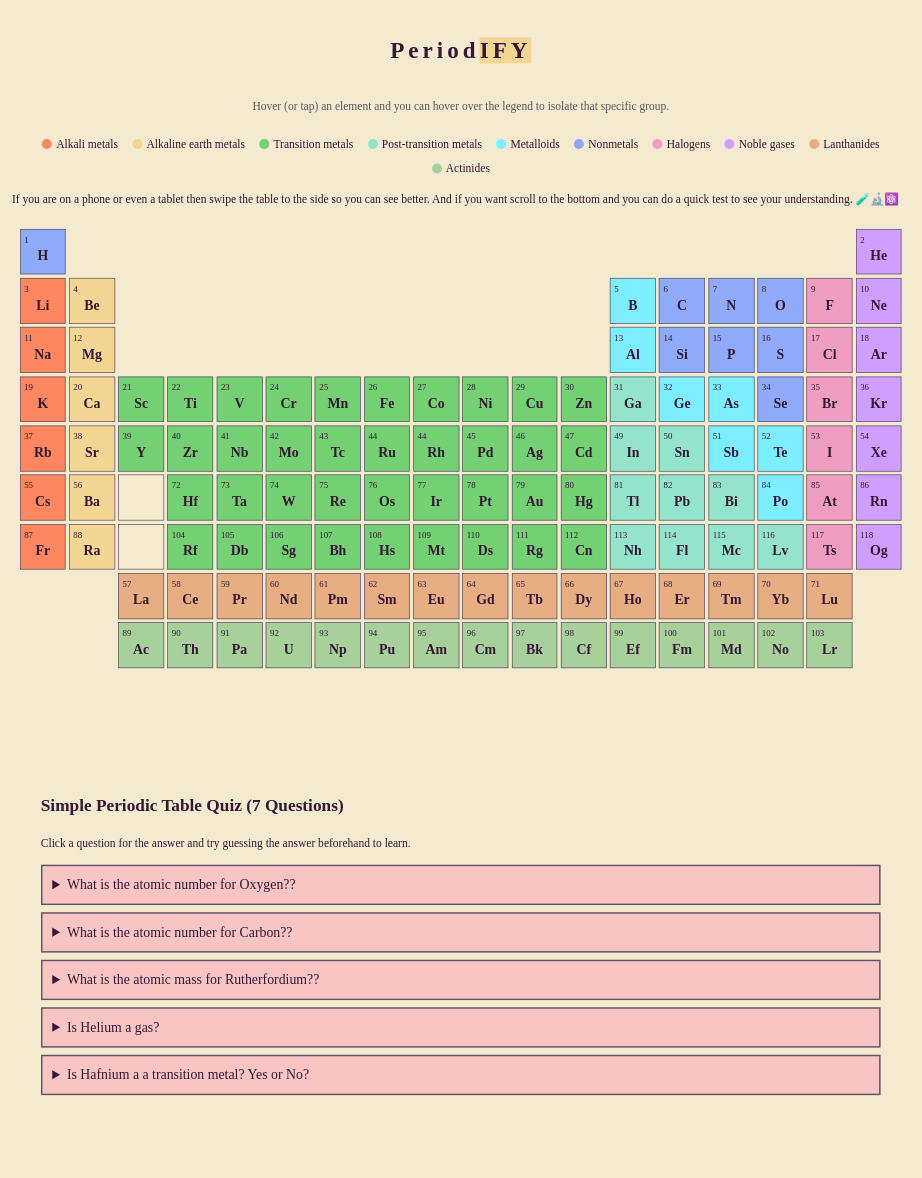
Repository: manayparikh1/Periodify
Page: index.html
The author's editor kept a copy of each file at every save. The page is drawn from the files as they stood at one save, then again after the next save.
The browser window is 1280 px wide. The pictures show the whole page, at 72% of full size.

Above is the page before, as saved 2026-10-19 20:15:36.

### index.html
<!DOCTYPE html>
<html lang="en">

<head>
    <meta charset="UTF-8">
    <meta name="viewport" content="width=device-width, initial-scale=1.0">
    <title>Periodify</title>
</head>

<body>
    <!-- === HTML STARTS here===-->
    <header>
        <h1>Period<span>IFY</span></h1>
        <p>Hover (or tap) an element and you can hover over the legend to isolate that specific group.</p>
    </header>
    <!-- === Legend === -->
    <ul class="legend">
        <li class="k-ak" style="--c: var(--ak);">Alkali metals</li>
        <li class="k-ae" style="--c: var(--ae);">Alkaline earth metals</li>
        <li class="k-tm" style="--c: var(--tm);">Transition metals</li>
        <li class="k-pt" style="--c: var(--pt);">Post-transition metals</li>
        <li class="k-md" style="--c: var(--md);">Metalloids</li>
        <li class="k-nm" style="--c: var(--nm);">Nonmetals</li>
        <li class="k-hg" style="--c: var(--hg);">Halogens</li>
        <li class="k-hl" style="--c: var(--hl);">Noble gases</li>
        <li class="k-la" style="--c: var(--la);">Lanthanides</li>
        <li class="k-ac" style="--c: var(--ac);">Actinides</li>
    </ul>
    <p class="hint">If you are on a phone or even a tablet then swipe the table to the side so you can see better. And
        if you want scroll to the bottom and you can do a quick test to see your understanding. 🧪🔬⚛️</p>
    <div class="scroll">
        <div class="table">


            <!-- The first period -->
            <div class="el nm" tabindex="0"><i>1</i><b>H</b><span>Hydrogen<br>Atomic mass = 1.008</span></div>
            <div class="gap" style="--n:16"></div>
            <!-- Gives a 16 element gap because hydron and helium are not in the same column -->
            <div class="el ng" tabindex="0"><i>2</i><b>He</b><span>Helium<br>Atomic mass = 4.003</span></div>
            <!-- The second period -->
            <div class="el ak" tabindex="0"><i>3</i><b>Li</b><span>Lithium<br>Atomic mass = 6.94</span></div>
            <div class="el ae" tabindex="0"><i>4</i><b>Be</b><span>Beryllium<br>Atomic mass = 9.012</span></div>
            <div class="gap" style="--n:10"></div>
            <div class="el md" tabindex="0"><i>5</i><b>B</b><span>Boron<br>Atomic mass = 10.81</span></div>
            <div class="el nm" tabindex="0"><i>6</i><b>C</b><span>Carbon<br>Atomic mass = 12.01</span></div>
            <div class="el nm" tabindex="0"><i>7</i><b>N</b><span>Nitrogen<br>Atomic mass = 14.01</span></div>
            <div class="el nm" tabindex="0"><i>8</i><b>O</b><span>Oxygen<br>Atomic mass = 16.00</span></div>
            <div class="el hg" tabindex="0"><i>9</i><b>F</b><span>Fluorine<br>Atomic mass = 19.00</span></div>
            <div class="el ng" tabindex="0"><i>10</i><b>Ne</b><span>Neon<br>Atomic mass = 20.18</span></div>
            <!-- The third period -->
            <div class="el ak" tabindex="0"><i>11</i><b>Na</b><span>Sodium<br>Atomic mass = 22.99</span></div>
            <div class="el ae" tabindex="0"><i>12</i><b>Mg</b><span>Magnesium<br>Atomic mass = 24.31</span></div>
            <div class="gap" style="--n:10"></div>
            <div class="el md" tabindex="0"><i>13</i><b>Al</b><span>Aluminum<br>Atomic mass = 26.98</span></div>
            <div class="el nm" tabindex="0"><i>14</i><b>Si</b><span>Silicon<br>Atomic mass = 28.09</span></div>
            <div class="el nm" tabindex="0"><i>15</i><b>P</b><span>Phosphorus<br>Atomic mass = 30.97</span></div>
            <div class="el nm" tabindex="0"><i>16</i><b>S</b><span>Sulfur<br>Atomic mass = 32.06</span></div>
            <div class="el hg" tabindex="0"><i>17</i><b>Cl</b><span>Chlorine<br>Atomic mass = 35.45</span></div>
            <div class="el ng" tabindex="0"><i>18</i><b>Ar</b><span>Argon<br>Atomic mass = 39.95</span></div>
            <!-- the fourth period -->
            <div class="el ak" tabindex="0"><i>19</i><b>K</b><span>Potassium<br>Atomic mass = 39.09</span></div>
            <div class="el ae" tabindex="0"><i>20</i><b>Ca</b><span>Calcium<br>Atomic mass = 40.08</span></div>
            <div class="el tm" tabindex="0"><i>21</i><b>Sc</b><span>Scandium<br>Atomic mass = 44.96</span></div>
            <div class="el tm" tabindex="0"><i>22</i><b>Ti</b><span>Titanium<br>Atomic mass = 47.87</span></div>
            <div class="el tm" tabindex="0"><i>23</i><b>V</b><span>Vanadium<br>Atomic mass = 50.94</span></div>
            <div class="el tm" tabindex="0"><i>24</i><b>Cr</b><span>Chromium<br>Atomic mass = 52.00</span></div>
            <div class="el tm" tabindex="0"><i>25</i><b>Mn</b><span>Manganese<br>Atomic mass = 54.94</span></div>
            <div class="el tm" tabindex="0"><i>26</i><b>Fe</b><span>Iron<br>Atomic mass = 55.85</span></div>
            <div class="el tm" tabindex="0"><i>27</i><b>Co</b><span>Cobalt<br>Atomic mass = 58.93</span></div>
            <div class="el tm" tabindex="0"><i>28</i><b>Ni</b><span>Nickel<br>Atomic mass = 58.69</span></div>
            <div class="el tm" tabindex="0"><i>29</i><b>Cu</b><span>Copper<br>Atomic mass = 63.55</span></div>
            <div class="el tm" tabindex="0"><i>30</i><b>Zn</b><span>Zinc<br>Atomic mass = 65.38</span></div>
            <div class="el pt" tabindex="0"><i>31</i><b>Ga</b><span>Gallium<br>Atomic mass = 69.72</span></div>
            <div class="el md" tabindex="0"><i>32</i><b>Ge</b><span>Germanium<br>Atomic mass = 72.63</span></div>
            <div class="el md" tabindex="0"><i>33</i><b>As</b><span>Arsenic<br>Atomic mass = 74.92</span></div>
            <div class="el nm" tabindex="0"><i>34</i><b>Se</b><span>Selenium<br>Atomic mass = 78.96</span></div>
            <div class="el hg" tabindex="0"><i>35</i><b>Br</b><span>Bromine<br>Atomic mass = 79.90</span></div>
            <div class="el ng" tabindex="0"><i>36</i><b>Kr</b><span>Krypton<br>Atomic mass = 83.80</span></div>
            <!-- the fifth period -->
            <div class="el ak" tabindex="0"><i>37</i><b>Rb</b><span>Rubidium<br>Atomic mass = 85.47</span></div>
            <div class="el ae" tabindex="0"><i>38</i><b>Sr</b><span>Strontium<br>Atomic mass = 87.62</span></div>
            <div class="el tm" tabindex="0"><i>39</i><b>Y</b><span>Yttrium<br>Atomic mass = 88.91</span></div>
            <div class="el tm" tabindex="0"><i>40</i><b>Zr</b><span>Zirconium<br>Atomic mass = 91.22</span></div>
            <div class="el tm" tabindex="0"><i>41</i><b>Nb</b><span>Niobium<br>Atomic mass = 92.91</span></div>
            <div class="el tm" tabindex="0"><i>42</i><b>Mo</b><span>Molybdenum<br>Atomic mass = 95.95</span></div>
            <div class="el tm" tabindex="0"><i>43</i><b>Tc</b><span>Technetium<br>Atomic mass = 98.00</span></div>
            <div class="el tm" tabindex="0"><i>44</i><b>Ru</b><span>Ruthenium<br>Atomic mass = 101.07</span></div>
            <div class="el tm" tabindex="0"><i>44</i><b>Rh</b><span>Rhodium<br>Atomic mass = 102.91</span></div>
            <div class="el tm" tabindex="0"><i>45</i><b>Pd</b><span>Palladium<br>Atomic mass = 106.42</span></div>
            <div class="el tm" tabindex="0"><i>46</i><b>Ag</b><span>Silver<br>Atomic mass = 107.87</span></div>
            <div class="el tm" tabindex="0"><i>47</i><b>Cd</b><span>Cadmium<br>Atomic mass = 112.41</span></div>
            <div class="el pt" tabindex="0"><i>49</i><b>In</b><span>Indium<br>Atomic mass = 114.82</span></div>
            <div class="el pt" tabindex="0"><i>50</i><b>Sn</b><span>Tin<br>Atomic mass = 118.71</span></div>
            <div class="el md" tabindex="0"><i>51</i><b>Sb</b><span>Antimony<br>Atomic mass = 121.76</span></div>
            <div class="el md" tabindex="0"><i>52</i><b>Te</b><span>Tellurium<br>Atomic mass = 127.60</span></div>
            <div class="el hg" tabindex="0"><i>53</i><b>I</b><span>Iodine<br>Atomic mass = 126.90</span></div>
            <div class="el ng" tabindex="0"><i>54</i><b>Xe</b><span>Xenon<br>Atomic mass = 131.29</span></div>
            <!-- the sixth period -->
            <div class="el ak" tabindex="0"><i>55</i><b>Cs</b><span>Caesium<br>Atomic mass = 132.91</span></div>
            <div class="el ae" tabindex="0"><i>56</i><b>Ba</b><span>Barium<br>Atomic mass = 137.33</span></div>
            <!-- this is the gap for the lanthanoids  group (goes to hafnium straight)-->
            <div class="el " tabindex="0"><i></i><b></b><span>Lanthanoids<br>57-71</span></div>
            <div class="el tm" tabindex="0"><i>72</i><b>Hf</b><span>Hafnium<br>Atomic mass = 178.49</span></div>
            <div class="el tm" tabindex="0"><i>73</i><b>Ta</b><span>Tantalum<br>Atomic mass = 180.95</span></div>
            <div class="el tm" tabindex="0"><i>74</i><b>W</b><span>Tungsten<br>Atomic mass = 183.84</span></div>
            <div class="el tm" tabindex="0"><i>75</i><b>Re</b><span>Rhenium<br>Atomic mass = 186.21</span></div>
            <div class="el tm" tabindex="0"><i>76</i><b>Os</b><span>Osmium<br>Atomic mass = 190.23</span></div>
            <div class="el tm" tabindex="0"><i>77</i><b>Ir</b><span>Iridium<br>Atomic mass = 192.22</span></div>
            <div class="el tm" tabindex="0"><i>78</i><b>Pt</b><span>Platinum<br>Atomic mass = 195.08</span></div>
            <div class="el tm" tabindex="0"><i>79</i><b>Au</b><span>Gold<br>Atomic mass = 196.97</span></div>
            <div class="el tm" tabindex="0"><i>80</i><b>Hg</b><span>Mercury<br>Atomic mass = 200.59</span></div>
            <div class="el pt" tabindex="0"><i>81</i><b>Tl</b><span>Thallium<br>Atomic mass = 204.38</span></div>
            <div class="el pt" tabindex="0"><i>82</i><b>Pb</b><span>Lead<br>Atomic mass = 207.2</span></div>
            <div class="el pt" tabindex="0"><i>83</i><b>Bi</b><span>Bismuth<br>Atomic mass = 208.98</span></div>
            <div class="el md" tabindex="0"><i>84</i><b>Po</b><span>Polonium<br>Atomic mass = 209.00</span></div>
            <div class="el hg" tabindex="0"><i>85</i><b>At</b><span>Astatine<br>Atomic mass = 209.99</span></div>
            <div class="el ng" tabindex="0"><i>86</i><b>Rn</b><span>Radon<br>Atomic mass = 222.00</span></div>
            <!-- the seventh period -->
            <div class="el ak" tabindex="0"><i>87</i><b>Fr</b><span>Francium<br>Atomic mass = 223.00</span></div>
            <div class="el ae" tabindex="0"><i>88</i><b>Ra</b><span>Radium<br>Atomic mass = 226.00</span></div>
            <!-- this gap is the space for the Actinide block -->
            <div class="el " tabindex="0"><i></i><b></b><span>Actinides<br>89-103</span></div>
            <div class="el tm" tabindex="0"><i>104</i><b>Rf</b><span>Rutherfordium<br>Atomic mass = 267.00</span></div>
            <div class="el tm" tabindex="0"><i>105</i><b>Db</b><span>Dubnium<br>Atomic mass = 268.00</span></div>
            <div class="el tm" tabindex="0"><i>106</i><b>Sg</b><span>Seaborgium<br>Atomic mass = 269.00</span></div>
            <div class="el tm" tabindex="0"><i>107</i><b>Bh</b><span>Bhorium<br>Atomic mass = 270.00</span></div>
            <div class="el tm" tabindex="0"><i>108</i><b>Hs</b><span>Hassium<br>Atomic mass = 270.00</span></div>
            <div class="el tm" tabindex="0"><i>109</i><b>Mt</b><span>Meitnerium<br>Atomic mass = 278.00</span></div>
            <div class="el tm" tabindex="0"><i>110</i><b>Ds</b><span>Darmstadtium<br>Atomic mass = 281.00</span></div>
            <div class="el tm" tabindex="0"><i>111</i><b>Rg</b><span>Roentgenium<br>Atomic mass = 282.00</span></div>
            <div class="el tm" tabindex="0"><i>112</i><b>Cn</b><span>Copernicium<br>Atomic mass = 285.00</span></div>
            <div class="el pt" tabindex="0"><i>113</i><b>Nh</b><span>Nihonium<br>Atomic mass = 286.00</span></div>
            <div class="el pt" tabindex="0"><i>114</i><b>Fl</b><span>Flerovium<br>Atomic mass = 289.00</span></div>
            <div class="el pt" tabindex="0"><i>115</i><b>Mc</b><span>Moscovium<br>Atomic mass = 290.00</span></div>
            <div class="el pt" tabindex="0"><i>116</i><b>Lv</b><span>Livermorium<br>Atomic mass = 293.00</span></div>
            <div class="el hg" tabindex="0"><i>117</i><b>Ts</b><span>Tennessine<br>Atomic mass = 294.00</span></div>
            <div class="el ng" tabindex="0"><i>118</i><b>Og</b><span>Oganesson<br>Atomic mass = 294.00</span></div>
            <!-- the lanthanoids -->
            <div class="gap" style="--n:2"></div>
            <div class="el la" tabindex="0"><i>57</i><b>La</b><span>Lanthanum<br>Atomic mass = 138.91</span></div>
            <div class="el la" tabindex="0"><i>58</i><b>Ce</b><span>Cerium<br>Atomic mass = 140.12</span></div>
            <div class="el la" tabindex="0"><i>59</i><b>Pr</b><span>Praseodymium<br>Atomic mass = 140.91</span></div>
            <div class="el la" tabindex="0"><i>60</i><b>Nd</b><span>Neodymium<br>Atomic mass = 144.24</span></div>
            <div class="el la" tabindex="0"><i>61</i><b>Pm</b><span>Promethium<br>Atomic mass = 145.00</span></div>
            <div class="el la" tabindex="0"><i>62</i><b>Sm</b><span>Samarium<br>Atomic mass = 150.36</span></div>
            <div class="el la" tabindex="0"><i>63</i><b>Eu</b><span>Europium<br>Atomic mass = 151.96</span></div>
            <div class="el la" tabindex="0"><i>64</i><b>Gd</b><span>Gadollinium<br>Atomic mass = 157.25</span></div>
            <div class="el la" tabindex="0"><i>65</i><b>Tb</b><span>Terbium<br>Atomic mass = 158.93</span></div>
            <div class="el la" tabindex="0"><i>66</i><b>Dy</b><span>Dysprosium<br>Atomic mass = 162.50</span></div>
            <div class="el la" tabindex="0"><i>67</i><b>Ho</b><span>Holmium<br>Atomic mass = 164.93</span></div>
            <div class="el la" tabindex="0"><i>68</i><b>Er</b><span>Erbium<br>Atomic mass = 167.26</span></div>
            <div class="el la" tabindex="0"><i>69</i><b>Tm</b><span>Thulium<br>Atomic mass = 168.93</span></div>
            <div class="el la" tabindex="0"><i>70</i><b>Yb</b><span>Ytterbium<br>Atomic mass = 173.05</span></div>
            <div class="el la" tabindex="0"><i>71</i><b>Lu</b><span>Lutetium<br>Atomic mass = 174.97</span></div>
            <div class="gap" style="--n:1"></div>

            <!-- the actinides section -->
            <div class="gap" style="--n:2"></div>
            <div class="el ac" tabindex="0"><i>89</i><b>Ac</b><span>Actinium<br>Atomic mass = 227.00</span></div>
            <div class="el ac" tabindex="0"><i>90</i><b>Th</b><span>Thorium<br>Atomic mass = 232.04</span></div>
            <div class="el ac" tabindex="0"><i>91</i><b>Pa</b><span>Protactinium<br>Atomic mass = 231.04</span></div>
            <div class="el ac" tabindex="0"><i>92</i><b>U</b><span>Uranium<br>Atomic mass = 238.03</span></div>
            <div class="el ac" tabindex="0"><i>93</i><b>Np</b><span>Neptunium<br>Atomic mass = 237.00</span></div>
            <div class="el ac" tabindex="0"><i>94</i><b>Pu</b><span>Plutonium<br>Atomic mass = 244.00</span></div>
            <div class="el ac" tabindex="0"><i>95</i><b>Am</b><span>Americium<br>Atomic mass = 243.00</span></div>
            <div class="el ac" tabindex="0"><i>96</i><b>Cm</b><span>Curium<br>Atomic mass = 247.00</span></div>
            <div class="el ac" tabindex="0"><i>97</i><b>Bk</b><span>Berkelium<br>Atomic mass = 247.00</span></div>
            <div class="el ac" tabindex="0"><i>98</i><b>Cf</b><span>Californium<br>Atomic mass = 251.00</span></div>
            <div class="el ac" tabindex="0"><i>99</i><b>Ef</b><span>Einsteinium<br>Atomic mass = 252.00</span></div>
            <div class="el ac" tabindex="0"><i>100</i><b>Fm</b><span>Fermium<br>Atomic mass = 257.00</span></div>
            <div class="el ac" tabindex="0"><i>101</i><b>Md</b><span>Mendelevium<br>Atomic mass = 258.00</span></div>
            <div class="el ac" tabindex="0"><i>102 </i><b>No </b><span>Nobelium<br>Atomic mass = 259.00</span></div>
            <div class="el ac" tabindex="0"><i>103</i><b>Lr</b><span>Lawrencium<br>Atomic mass = 266.00</span></div>
            <div class="gap" style="--n:1"></div>
        </div>
    </div>


    <!-- the quiz section with around 7 questions-->
    <section class="Quiz">
        <h2>Simple Periodic Table Quiz (7 Questions)</h2>
        <p>Click a question for the answer and try guessing the answer beforehand to learn.</p>

        <details>
            <summary>What is the atomic number for Oxygen??</summary>
            <p>The atomic number for Oxygen is 8.</p>
        </details>
        <details>
            <summary>What is the atomic number for Carbon??</summary>
            <p>The atomic number for Carbon is 6.</p>
        </details>
        <details>
            <summary>What is the atomic mass for Rutherfordium??</summary>
            <p>The atomic mass for Rutherfordium is 261.00.</p>
        </details>
        <details>
            <summary>Is Helium a gas?</summary>
            <p>Yes Helium is a gas.</p>
        </details>
        <details>
            <summary>Is Hafnium a a transition metal? Yes or No?</summary>
            <p>Yes Hafnium is a transition metal.</p>
        </details>
    </section>

    <!-- the HTML ENDS here and css starts=== -->
    <style>
        :root {
            --colouring: #341836;
            --main: #5e5468;
            --papercolor: #f4eacf;

            --ak: #fc8760;
            --ae: #f3d693;
            --tm: #73d073;
            --pt: #94e4cc;
            --md: #7deeff;
            --nm: #90aafa;
            --hl: #cf9fff;
            --hg: #ef9ec1;
            --la: #e7ad83;
            --ac: #a8d09b;
        }

        /* The page (looks) (its gonna look like a notebook)*/

        * {
            box-sizing: border-box;
        }

        body {
            margin: 0;
            padding: 23px 16.6px 48.5px;
            background: var(--papercolor);
            color: var(--colouring);
            font-family: "Comic Sans MS", "Comic Sans", "Comic Neue", "Chalkboard SE", cursive;
            line-height: 1.67;
        }

        header {
            text-align: center;
            margin-bottom: 25px;
        }

        h1 {
            text-align: center;
            margin-bottom: 37px;
            letter-spacing: 5.6px;
        }

        h1 span {
            background: var(--ae);
        }

        header p {
            margin: 5.5px 0 0;
            color: var(--main);
        }

        /* -- the periodic table part -- */
        .scroll {
            overflow-x: auto;
            padding: 11.5px 11px 130px;
        }

        .table {
            display: grid;
            grid-template-columns: repeat(18, minmax(54px, 1fr));
            gap: 4.6px;
            min-width: 1060px;
            max-width: 1414px;
            margin: 0 auto;
        }

        .gap {
            grid-column: span var(--n);
        }

        .gap.row {
            height: 14px;
        }

        .el {
            position: relative;
            aspect-ratio: 1/1;
            border: 1.4px solid var(--main);
            padding: 4px 5px;
            /*basically each elements box size*/
            cursor: pointer;
        }

        .el i {
            font-style: normal;
            font-size: 0.77rem;
            display: block;
        }

        .el b {
            display: block;
            font-size: 1.2rem;
            text-align: center;
            line-height: 1.2;
        }


        /* thing willl basically stay hidden unless u hover or tap a title*/

        .el span {

            display: none;
            position: absolute;
            top: 110%;
            left: 55%;
            transform: translateX(-45%);
            width: 148px;
            padding: 8.5px 10.5px;
            background: #caf4cb;
            border: 1.65px solid var(--main);
            font-size: 0.74rem;
            text-align: center;
            z-index: 9;
        }

        .el:hover span,
        .el:focus span {
            display: block;
        }

        /*hovering colours*/

        .ak {
            background: var(--ak);
        }

        .ae {
            background: var(--ae);
        }

        .tm {
            background: var(--tm);
        }

        .pt {
            background: var(--pt);
        }

        .md {
            background: var(--md);
        }

        .nm {
            background: var(--nm);
        }

        .hg {
            background: var(--hg);
        }

        .ng {
            background: var(--hl);
        }

        .la {
            background: var(--la);
        }

        .ac {
            background: var(--ac);
        }

        /* the legend part */

        .legend {
            list-style: none;
            /*takes away numbered list*/
            display: flex;
            flex-wrap: wrap;
            /*organizes the legend*/
            justify-content: center;
            gap: 7.5px 20px;
            padding: 0;
        }

        .legend li {
            display: flex;
            align-items: center;
            gap: 5.6px;
        }

        .legend li::before {
            content: "";
            width: 14px;
            height: 14px;
            border-radius: 50%;
            background: var(--c);
        }

        /*the quiz function*/


        .Quiz {
            margin: 40px;
        }

        .Quiz details {
            font-size: 1.2rem;
            border: 2px solid var(--main);
            /*Gives a box */
            padding: 10px 14px;
            /*spacing in the box*/
            margin-bottom: 10px;
            /*spacing between the boxes*/
            background: rgb(249, 196, 196);
        }

        .quiz summary {
            font-weight: bold;
            cursor: pointer;
            /*js shows that its clickable*/
        }

After the next save:
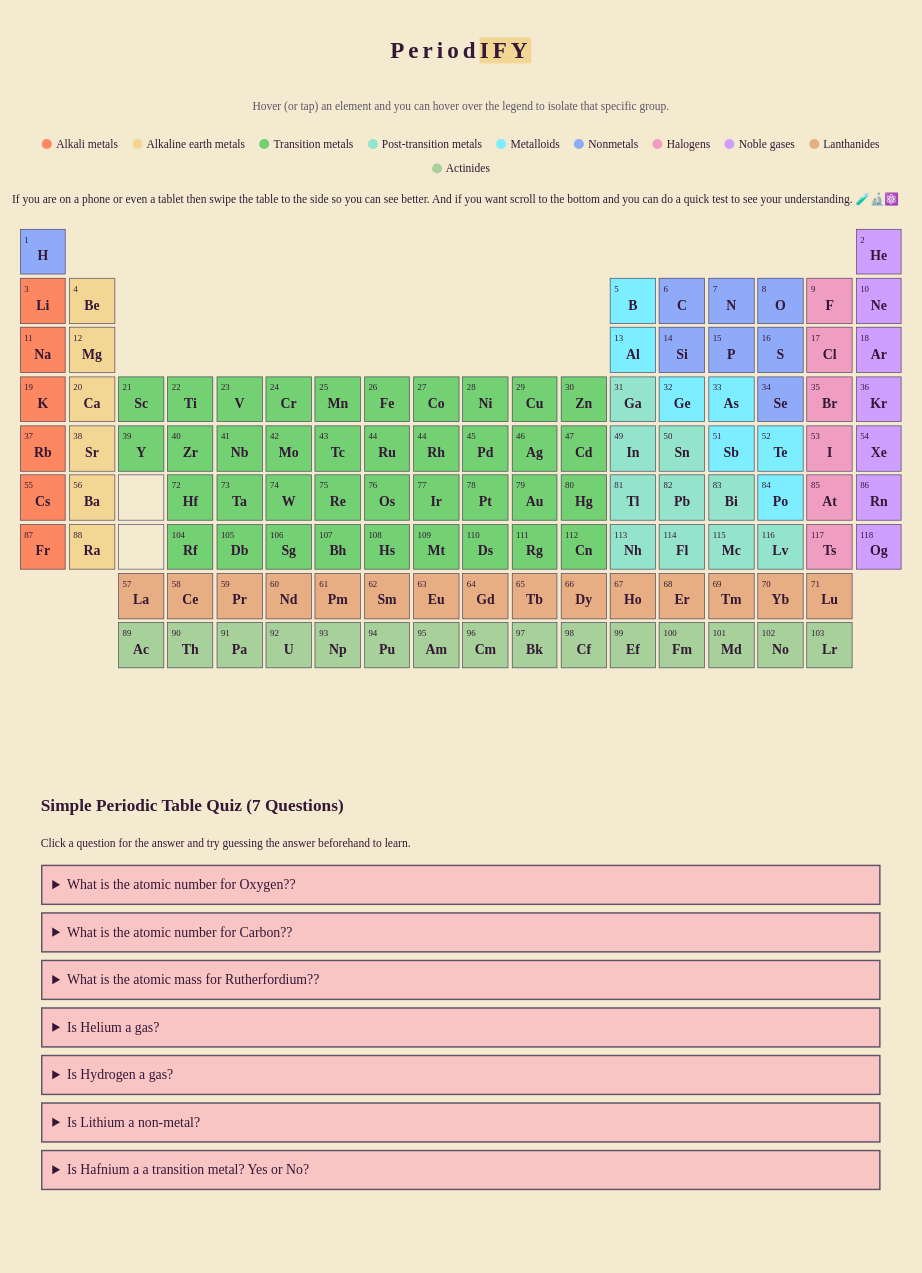
Saved 3 min 4 s later.
--- a/index.html
+++ b/index.html
@@ -198,6 +198,14 @@
             <p>Yes Helium is a gas.</p>
         </details>
         <details>
+            <summary>Is Hydrogen a gas?</summary>
+            <p>Yes Hydrogen is a gas.</p>
+        </details>
+        <details>
+            <summary>Is Lithium a non-metal?</summary>
+            <p>No, Lithium is a metal.</p>
+        </details>
+        <details>
             <summary>Is Hafnium a a transition metal? Yes or No?</summary>
             <p>Yes Hafnium is a transition metal.</p>
         </details>
